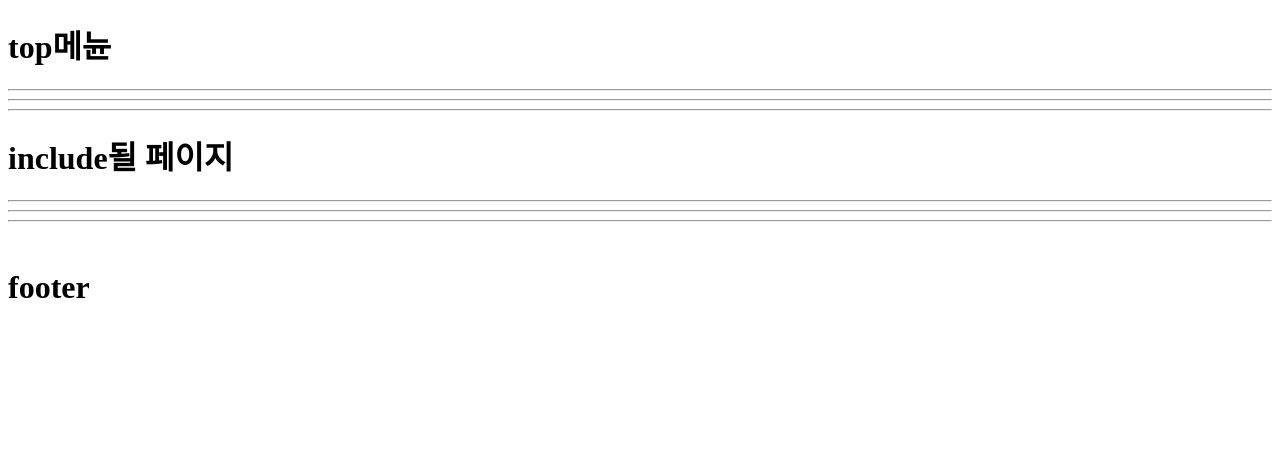
Repository: jaywagger/Spring2
Page: http://localhost/firstPro/jspTest/mainPage.jsp
These files come from the project's save history. The page is drawn as it stood at one moment and after the next save; the edit follows.
The browser window is 1280 px wide. The pictures show the whole page.
The page is served by Tomcat 9. Other server files are loaded and not shown.

Above is the page before, as saved 2020-01-29 06:31:53.

### firstPro/src/main/webapp/jspTest/mainPage.jsp
<%@ page language="java" contentType="text/html; charset=UTF-8"
    pageEncoding="UTF-8"%>
<!DOCTYPE html PUBLIC "-//W3C//DTD HTML 4.01 Transitional//EN" "http://www.w3.org/TR/html4/loose.dtd">
<html>
<head>
<meta http-equiv="Content-Type" content="text/html; charset=UTF-8">
<title>Insert title here</title>
</head>
<body>
	<h1>top메뉸</h1>
	<jsp:include page="subPage.jsp"></jsp:include>
	<br/>
	<h1>footer</h1>
</body>
</html>

### firstPro/src/main/webapp/jspTest/subPage.jsp
<%@ page language="java" contentType="text/html; charset=UTF-8"
    pageEncoding="UTF-8"%>
<!DOCTYPE>
<html>
<head>
<meta charset="UTF-8">
<title>Insert title here</title>
</head>
<body>
	<hr/><hr/><hr/>
	<h1>include될 페이지</h1>
	<hr/><hr/><hr/>

</body>
</html>

After the next save:
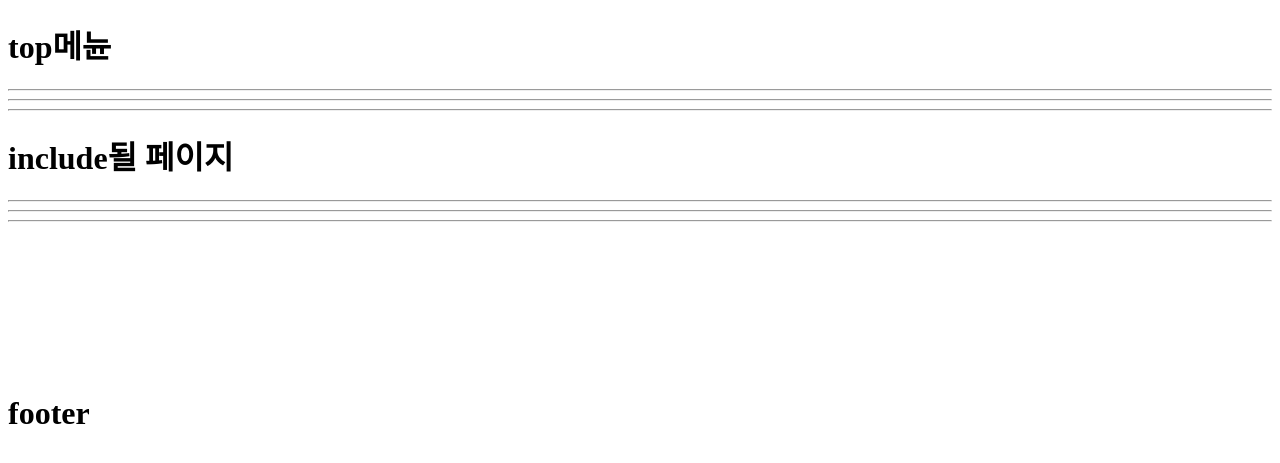
Saved 11 s later.
--- a/firstPro/src/main/webapp/jspTest/mainPage.jsp
+++ b/firstPro/src/main/webapp/jspTest/mainPage.jsp
@@ -9,7 +9,8 @@
 <body>
 	<h1>top메뉸</h1>
 	<jsp:include page="subPage.jsp"></jsp:include>
-	<br/>
+	<br/><br/>
+	<br/><br/><br/><br/><br/><br/>
 	<h1>footer</h1>
 </body>
 </html>
